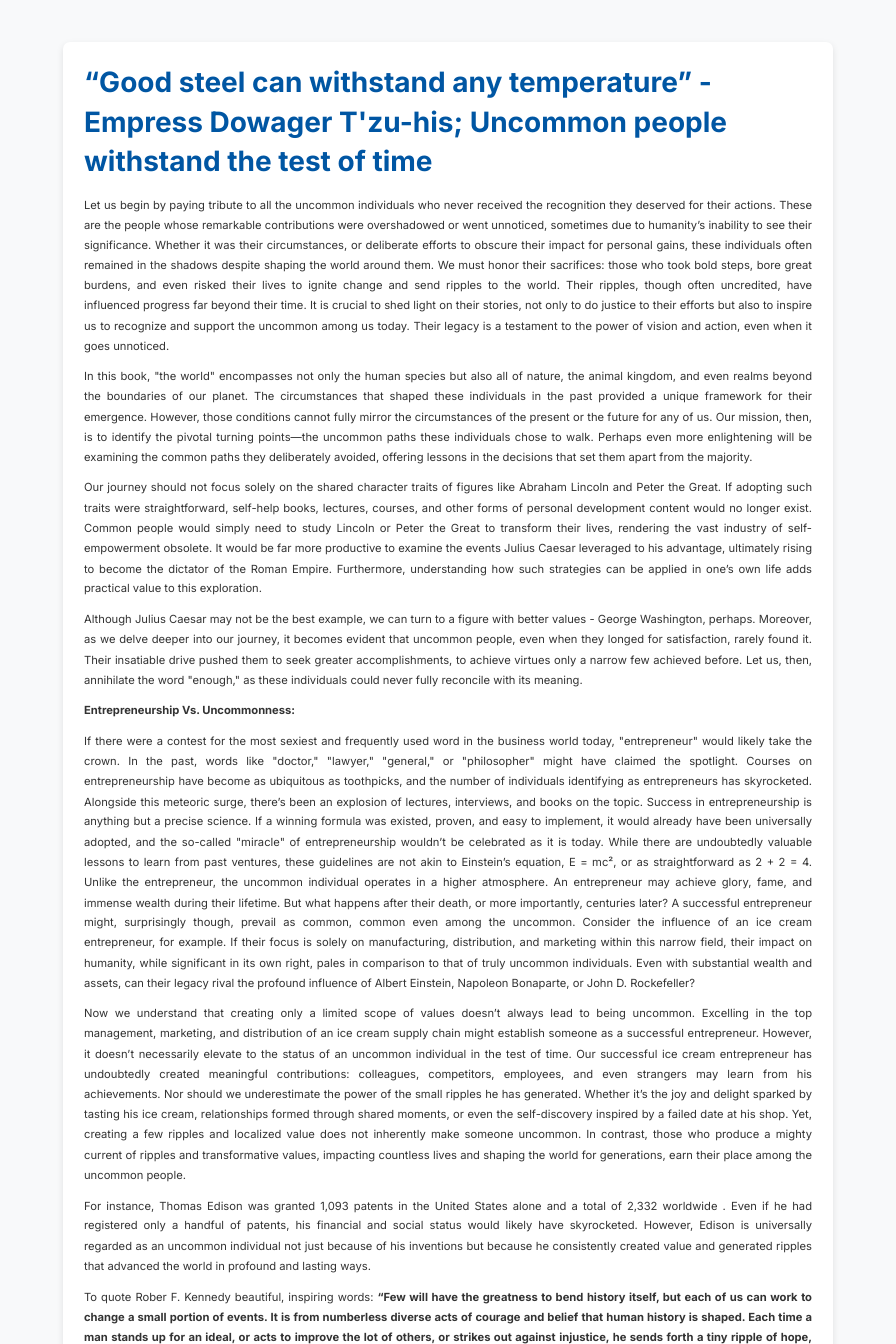
Repository: AvivGranot/Uncommon-Website
Page: Assets/Posts/post2.html
An editor plug-in stored every save of this project. The page is shown before and after the next save, followed by the edit.
The browser window is 1280 px wide. The pictures show the part of the page from y = 0 to 1920 px (the page is 2209 px tall before and 2268 px after), at 70% of full size.

Above is the page before, as saved 2025-01-09 18:35:41.

After the next save:
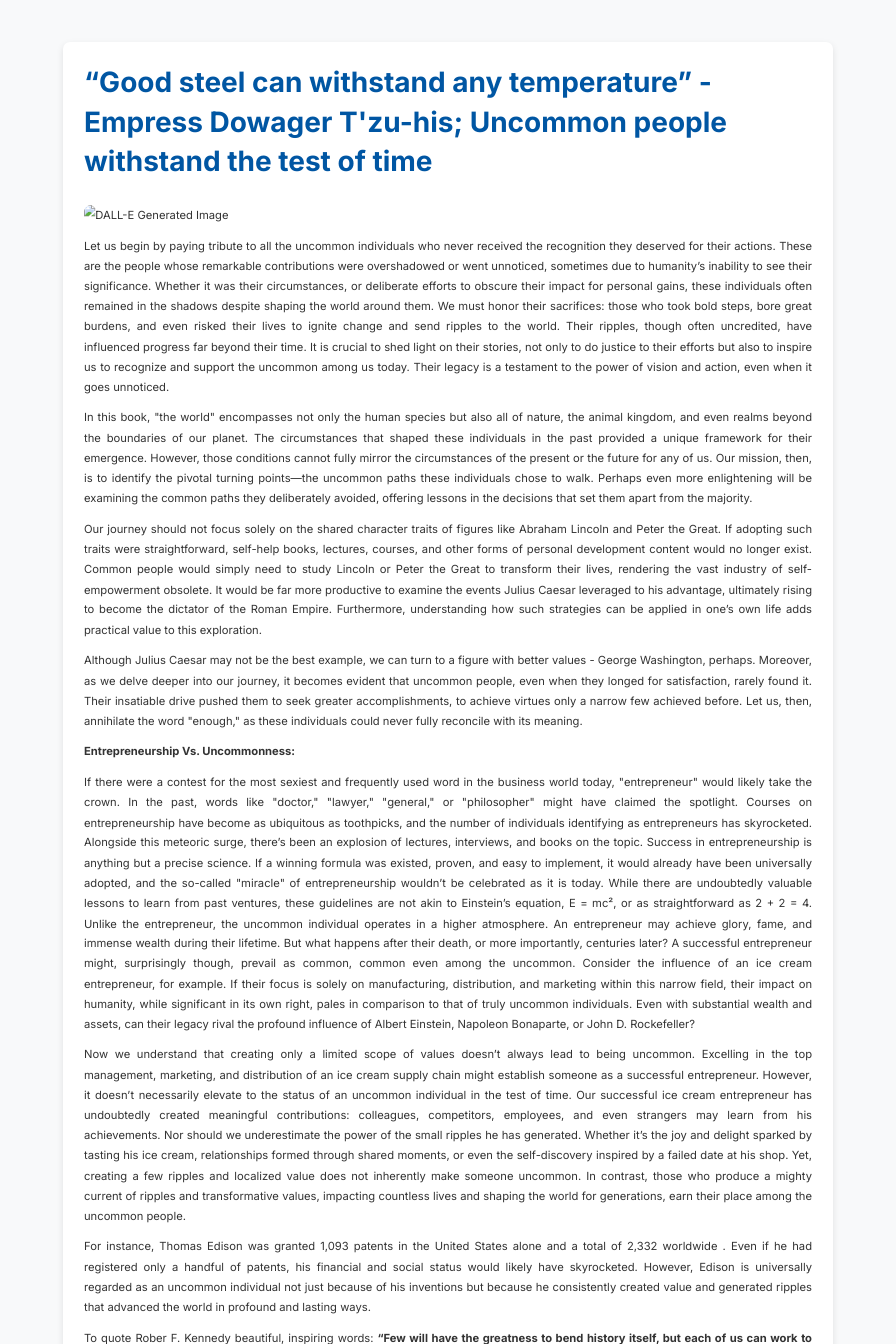
Not found: Assets/Posts/Cameron Pastry Shop.webp
Saved 5 h 12 min later.
--- a/Assets/Posts/post2.html
+++ b/Assets/Posts/post2.html
@@ -87,6 +87,7 @@
 <body>
     <div class="container">
         <h1>“Good steel can withstand any temperature” - Empress Dowager T'zu-his; Uncommon people withstand the test of time</h1>
+        <img src="Cameron Pastry Shop.webp" alt="DALL-E Generated Image" class="image">
         <p>Let us begin by paying tribute to all the uncommon individuals who never received the recognition they deserved for their actions. These are the people whose remarkable contributions were overshadowed or went unnoticed, sometimes due to humanity’s inability to see their significance. Whether it was their circumstances, or deliberate efforts to obscure their impact for personal gains, these individuals often remained in the shadows despite shaping the world around them. We must honor their sacrifices: those who took bold steps, bore great burdens, and even risked their lives to ignite change and send ripples to the world. Their ripples, though often uncredited, have influenced progress far beyond their time. It is crucial to shed light on their stories, not only to do justice to their efforts but also to inspire us to recognize and support the uncommon among us today. Their legacy is a testament to the power of vision and action, even when it goes unnoticed.</p>
         <p>In this book, "the world" encompasses not only the human species but also all of nature, the animal kingdom, and even realms beyond the boundaries of our planet. The circumstances that shaped these individuals in the past provided a unique framework for their emergence. However, those conditions cannot fully mirror the circumstances of the present or the future for any of us. Our mission, then, is to identify the pivotal turning points—the uncommon paths these individuals chose to walk. Perhaps even more enlightening will be examining the common paths they deliberately avoided, offering lessons in the decisions that set them apart from the majority.</p>
         <p>Our journey should not focus solely on the shared character traits of figures like Abraham Lincoln and Peter the Great. If adopting such traits were straightforward, self-help books, lectures, courses, and other forms of personal development content would no longer exist. Common people would simply need to study Lincoln or Peter the Great to transform their lives, rendering the vast industry of self-empowerment obsolete. It would be far more productive to examine the events Julius Caesar leveraged to his advantage, ultimately rising to become the dictator of the Roman Empire. Furthermore, understanding how such strategies can be applied in one’s own life adds practical value to this exploration.</p>

After the 4 saves that followed:
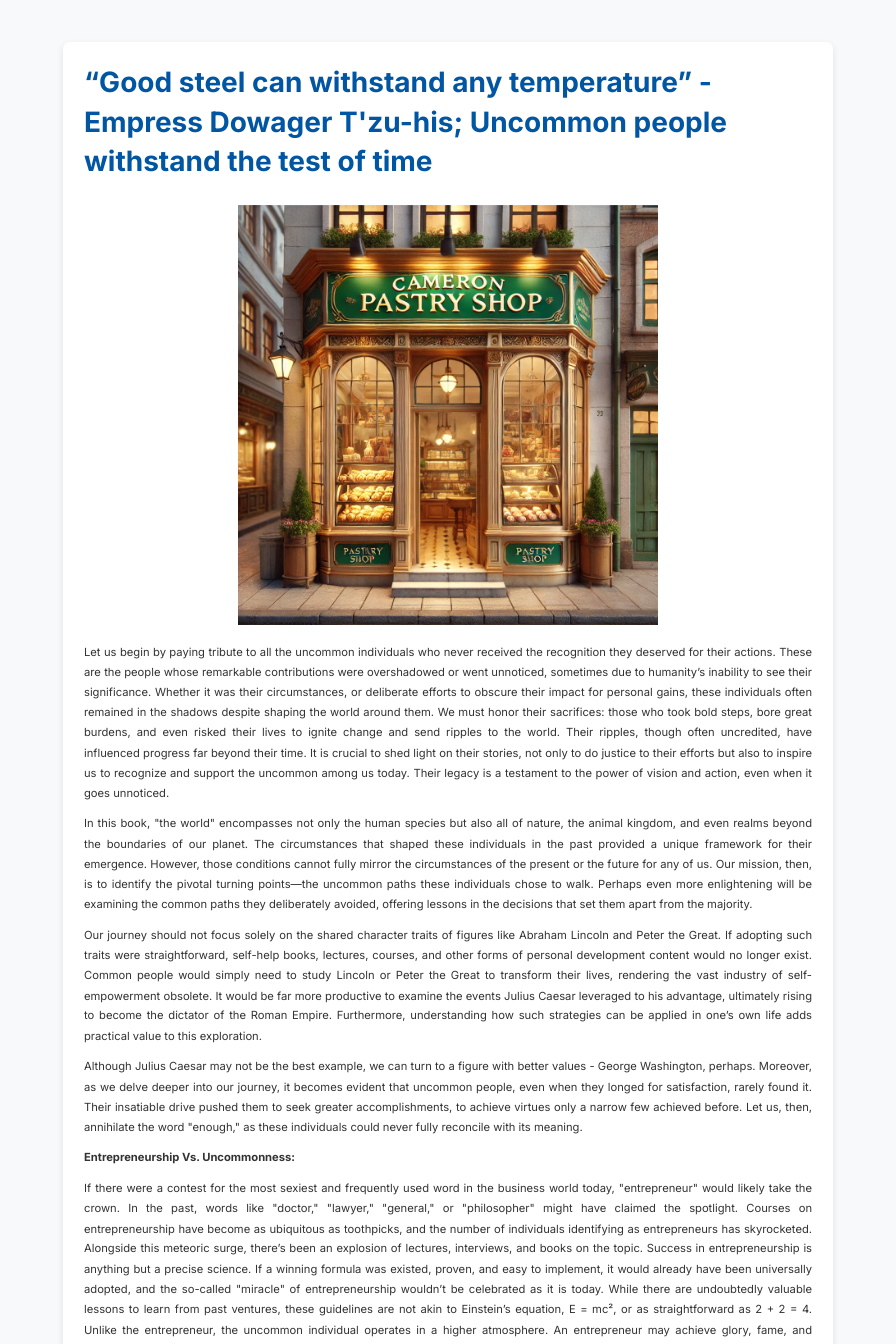
The 4 saves are shown as one change because 3 left the picture as it was.
The last was saved 8 min 41 s later.
--- a/Assets/Posts/post2.html
+++ b/Assets/Posts/post2.html
@@ -42,27 +42,12 @@
             text-align: justify;
         }
 
-        b {
-            font-weight: bold;
-        }
-
-        u {
-            text-decoration: underline;
-        }
-
         .image {
-    width: 100%; /* Responsive width */
-    max-height: 600px; /* Adjust maximum height as needed */
-    object-fit: contain; /* Maintains aspect ratio and avoids distortion */
-    border-radius: 10px;
-    margin: 15px 0;
-}
-
-
-        .footnote {
-            font-size: 0.8rem;
-            color: #666;
-            margin-top: 10px;
+            width: 100%;
+            max-height: 600px;
+            object-fit: contain;
+            border-radius: 10px;
+            margin: 15px 0;
         }
 
         footer {
@@ -87,7 +72,7 @@
 <body>
     <div class="container">
         <h1>“Good steel can withstand any temperature” - Empress Dowager T'zu-his; Uncommon people withstand the test of time</h1>
-        <img src="Cameron Pastry Shop.webp" alt="DALL-E Generated Image" class="image">
+        <img src="../Images/Cameron Pastry Shop.webp" alt="DALL-E Generated Image" class="image">
         <p>Let us begin by paying tribute to all the uncommon individuals who never received the recognition they deserved for their actions. These are the people whose remarkable contributions were overshadowed or went unnoticed, sometimes due to humanity’s inability to see their significance. Whether it was their circumstances, or deliberate efforts to obscure their impact for personal gains, these individuals often remained in the shadows despite shaping the world around them. We must honor their sacrifices: those who took bold steps, bore great burdens, and even risked their lives to ignite change and send ripples to the world. Their ripples, though often uncredited, have influenced progress far beyond their time. It is crucial to shed light on their stories, not only to do justice to their efforts but also to inspire us to recognize and support the uncommon among us today. Their legacy is a testament to the power of vision and action, even when it goes unnoticed.</p>
         <p>In this book, "the world" encompasses not only the human species but also all of nature, the animal kingdom, and even realms beyond the boundaries of our planet. The circumstances that shaped these individuals in the past provided a unique framework for their emergence. However, those conditions cannot fully mirror the circumstances of the present or the future for any of us. Our mission, then, is to identify the pivotal turning points—the uncommon paths these individuals chose to walk. Perhaps even more enlightening will be examining the common paths they deliberately avoided, offering lessons in the decisions that set them apart from the majority.</p>
         <p>Our journey should not focus solely on the shared character traits of figures like Abraham Lincoln and Peter the Great. If adopting such traits were straightforward, self-help books, lectures, courses, and other forms of personal development content would no longer exist. Common people would simply need to study Lincoln or Peter the Great to transform their lives, rendering the vast industry of self-empowerment obsolete. It would be far more productive to examine the events Julius Caesar leveraged to his advantage, ultimately rising to become the dictator of the Roman Empire. Furthermore, understanding how such strategies can be applied in one’s own life adds practical value to this exploration.</p>
